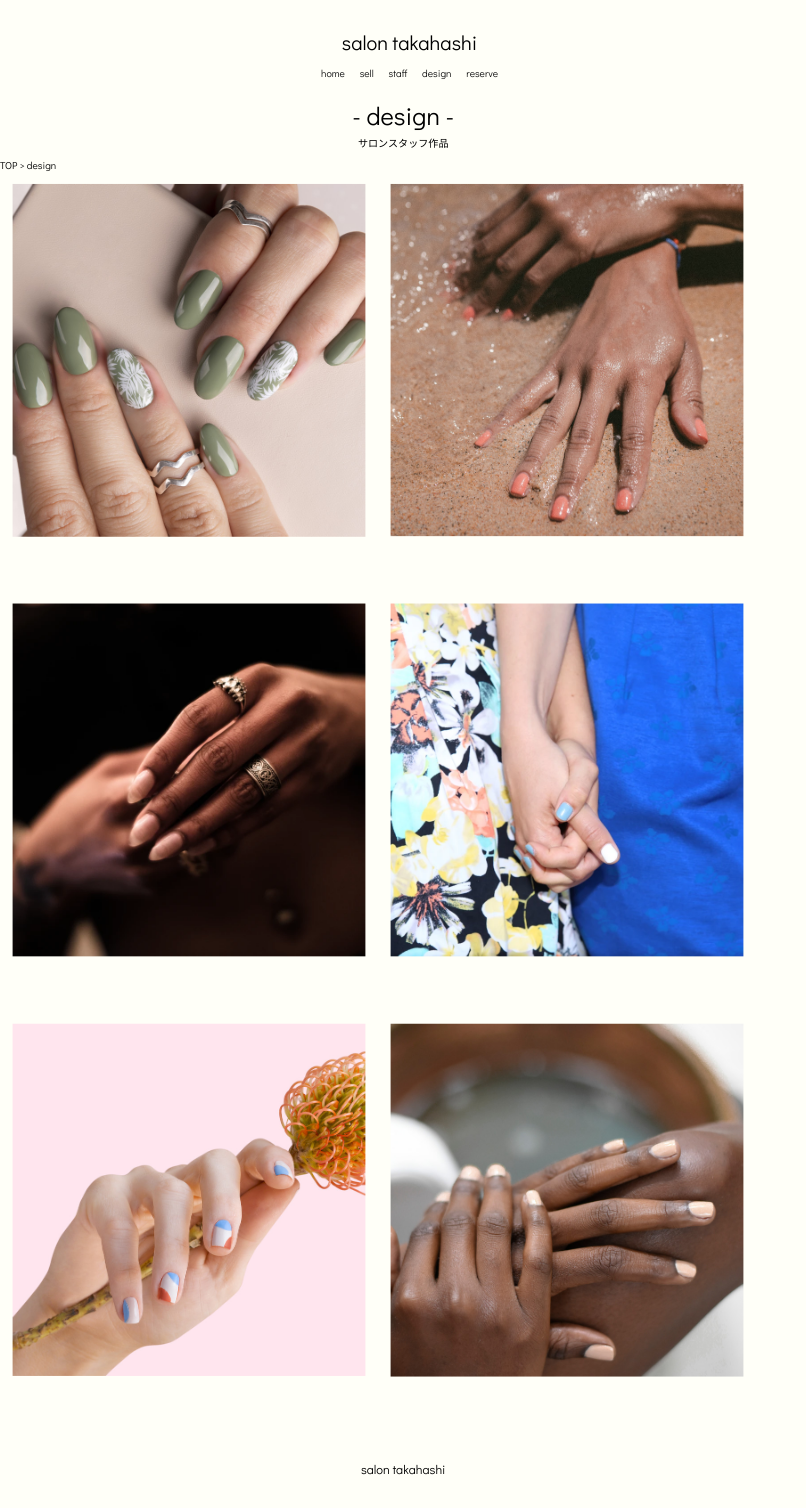
Repository: yukitakahashi1002/salontakahashi-
Page: design.html
The author's editor kept a copy of each file at every save. The page is drawn from the files as they stood at one save, then again after the next save.
The browser window is 1280 px wide. The pictures show the whole page, at 63% of full size.

Above is the page before, as saved 2023-08-06 01:43:53.

After the next save:
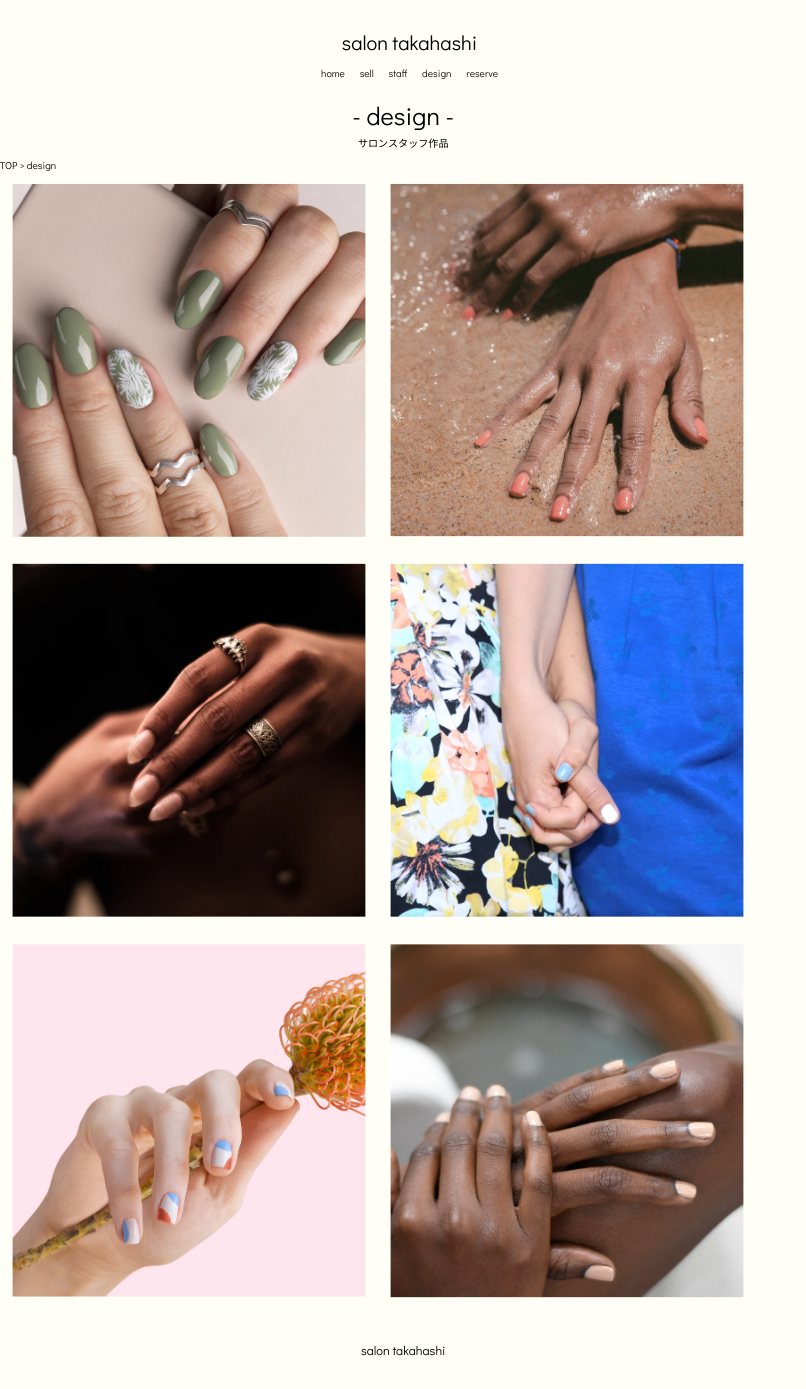
Saved 2 min 11 s later.
--- a/css/style.css
+++ b/css/style.css
@@ -239,13 +239,14 @@ h3 {
 
 .image-box > h3 {
     opacity: 0;
+    position: absolute;
+    top: 20px;
+    left: 40px;
 }
 
 .image-box > h3:hover {
     color: #FFFFFF;
-    position: absolute;
-    top: 20px;
-    left: 40px;
+
 }
 
 /* デザイン画像のホバー時 */
